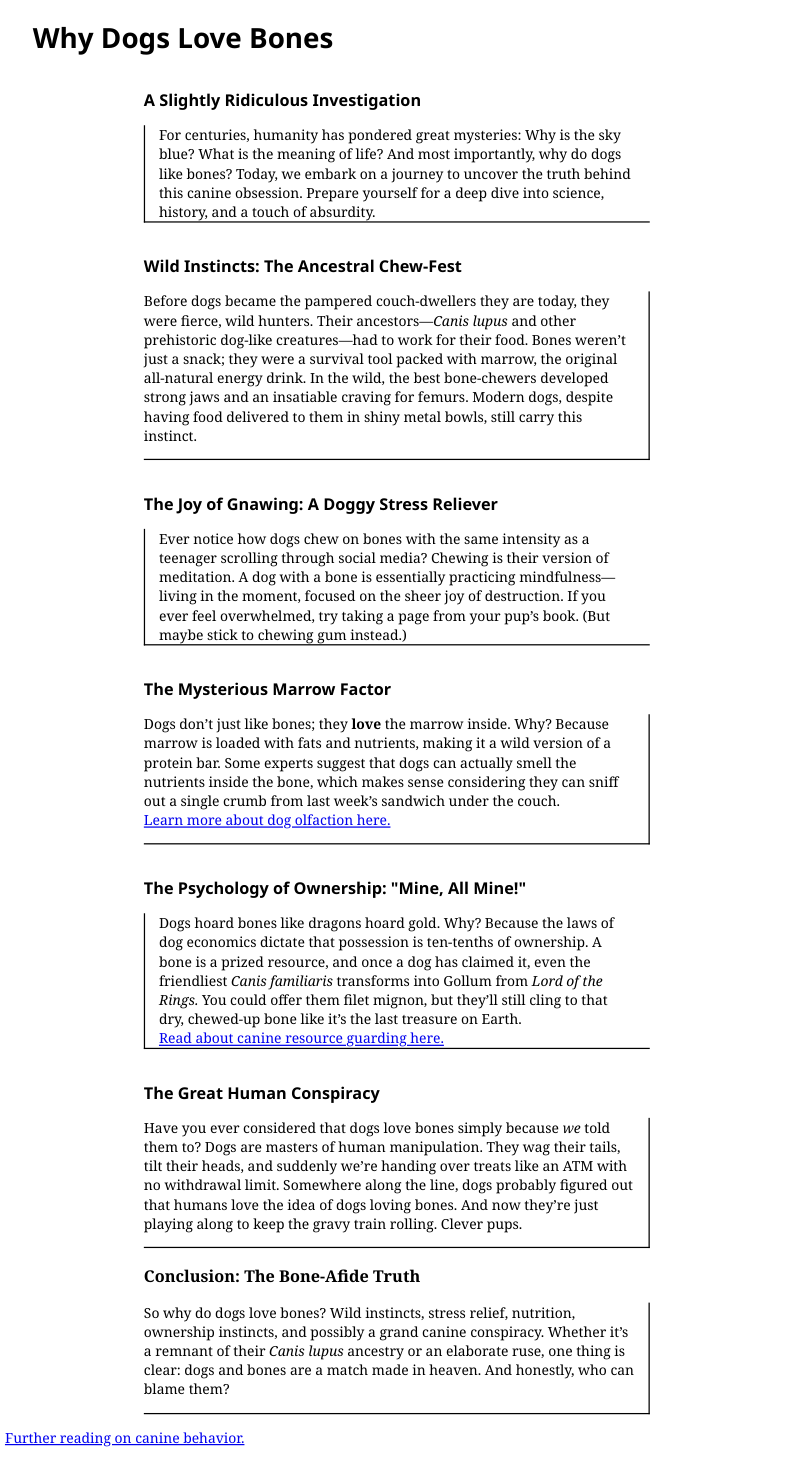
Repository: Leith-vdl/apprentice-challenge-1
Page: index.html
These files come from the project's save history. The page is drawn as it stood at one moment and after the next save; the edit follows.
The browser window is 1280 px wide. The pictures show the whole page, at 62% of full size.

Above is the page before, as saved 2025-01-31 15:39:05.

After the next save:
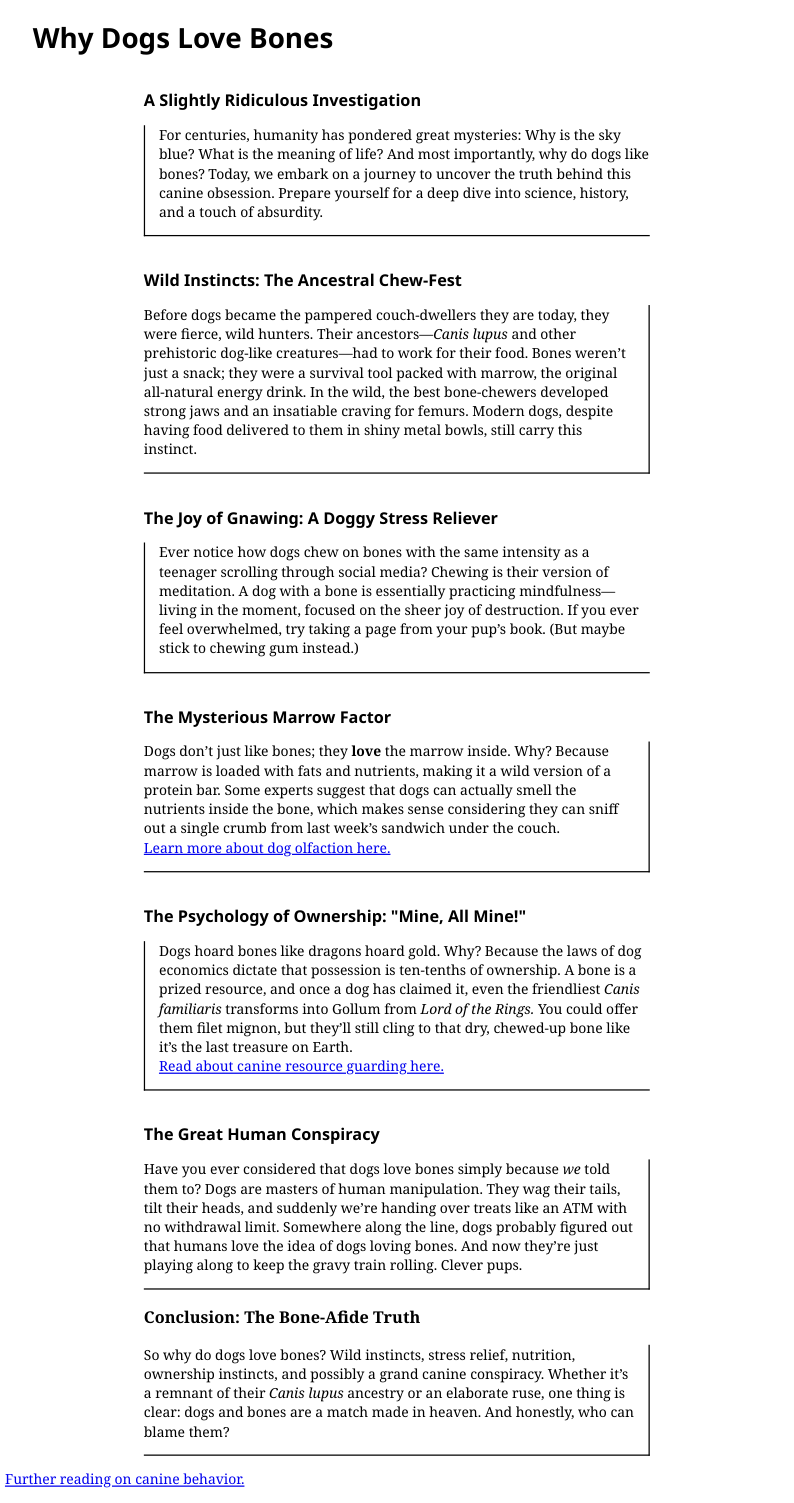
Saved 27 s later.
--- a/styles/styles.css
+++ b/styles/styles.css
@@ -21,7 +21,7 @@ h3.section-title {
 }
 
 p.section-main-text1 {
-    padding: 0 1em 0 1em;
+    padding: 0 0 1em 1em;
     border-bottom: 2px solid black;
     border-left: 2px solid black;
 }
